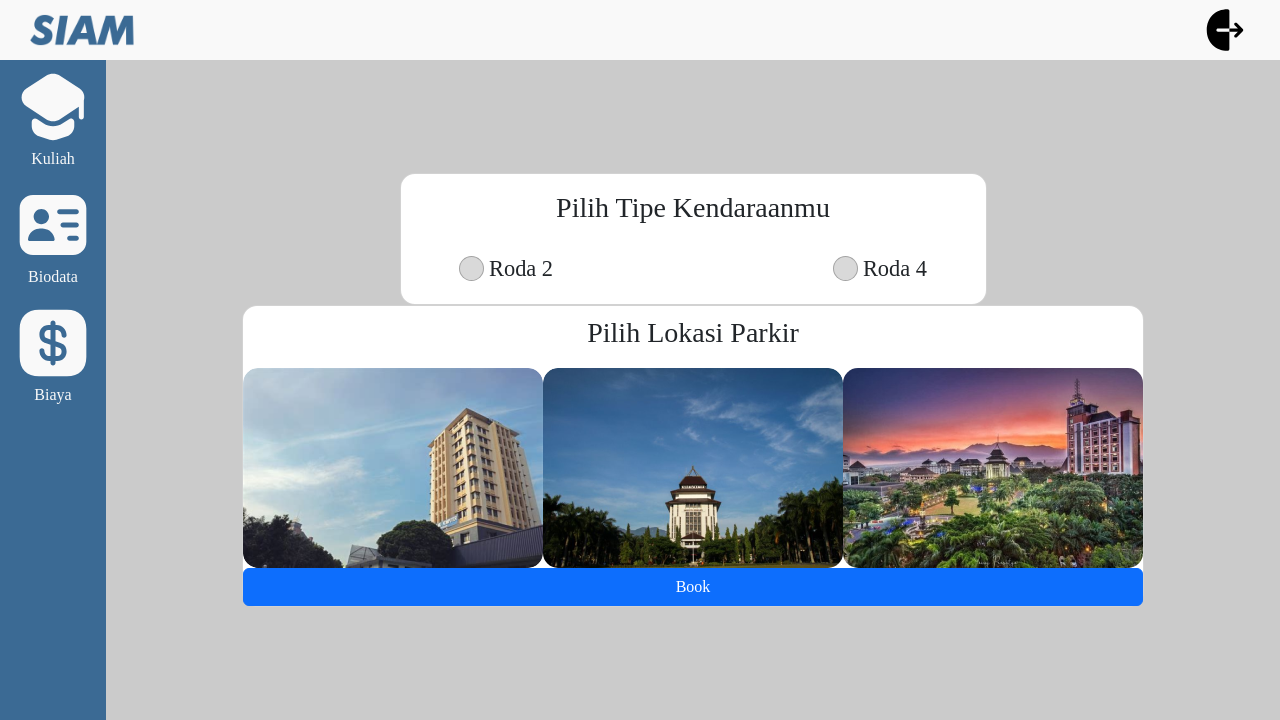
Repository: haikalirf/Project-IMK
Page: parkir.html
These files come from the project's save history. The page is drawn as it stood at one moment and after the next save; the edit follows.
The browser window is 1280 px wide. The pictures show the whole page.
Some web fonts or font styles are not loaded; a fallback is used.

Above is the page before, as saved 2022-12-12 23:31:53.

### parkir.html
<!DOCTYPE html>
<html lang="en">
<head>
	<meta charset="UTF-8">
	<meta http-equiv="X-UA-Compatible" content="IE=edge">
	<meta name="viewport" content="width=device-width, initial-scale=1.0">
	<title>SIAM</title>
	<link rel="icon" href="/assets/logo_ub.ico">
	<link rel="stylesheet" href="https://cdn.jsdelivr.net/npm/bootstrap@5.2.3/dist/css/bootstrap.min.css" integrity="sha384-rbsA2VBKQhggwzxH7pPCaAqO46MgnOM80zW1RWuH61DGLwZJEdK2Kadq2F9CUG65" crossorigin="anonymous">
	<link rel="stylesheet" href="/styles/parkir.css">
</head>
<body>
	<nav class="navbar" id="navbar">
		<a class="navbar-brand" href="/kuliah.html">
			<img id="navbar-image" src="/assets/SIAM.png" alt="SIAM">
		</a>
		<a class="navbar-link" href="landing.html">
			<img id="navbar-image" src="/assets/Logout.svg" alt="Logout">
		</a>
	</nav>
	<div class="mh-100" id="sidebar">
		<a class="btn" href="">
			<img id="sidebar-kuliah" src="/assets/Kuliah Logo.svg" alt="Kuliah">
			<label for="sidebar-kuliah">Kuliah</label>
		</a>
		<a class="btn" href="">
			<img id="sidebar-biodata" src="/assets/Biodata Logo.svg" alt="Biodata">
			<label for="sidebar-biodata">Biodata</label>
		</a>
		<a class="btn" href="">
			<img id="sidebar-biaya" src="/assets/Biaya Logo.svg" alt="Biaya">
			<label for="sidebar-biaya">Biaya</label>
		</a>
	</div>
	<main>
		<div class="card" id="cardTop">
			<h3 class="card-judul">Pilih Tipe Kendaraanmu</h3>
			<div class="d-flex justify-content-between" id="formRoda">
				<div class="form-check d-flex">
					<input class="form-check-input check-roda" type="radio" value="" name="radioRoda" id="checkRodaDua">
					<label class="form-check-label label-roda" for="checkRodaDua">
						Roda 2
					</label>
				</div>
				<div class="form-check d-flex">
					<input class="form-check-input check-roda" type="radio" value="" name="radioRoda" id="checkRodaEmpat">
					<label class="form-check-label label-roda" for="checkRodaEmpat">
						Roda 4
					</label>
				</div>
			</div>
		</div>
		<div class="card">
			<h3 class="card-judul">Pilih Lokasi Parkir</h3>
			<div class="d-flex align-content-around">
				<input class="gambar-parkir" type="image" src="/assets/filkom.png" onclick="border(this)">
				<input class="gambar-parkir" type="image" src="/assets/rektorat.png" onclick="border(this)">
				<input class="gambar-parkir" type="image" src="/assets/seluruh_ub.png" onclick="border(this)">
			</div>
			<button type="button" class="btn btn-primary">Book</button>
		</div>
	</main>
	<script src="https://cdn.jsdelivr.net/npm/bootstrap@5.2.3/dist/js/bootstrap.bundle.min.js" integrity="sha384-kenU1KFdBIe4zVF0s0G1M5b4hcpxyD9F7jL+jjXkk+Q2h455rYXK/7HAuoJl+0I4" crossorigin="anonymous"></script>
	<script src="/scripts/parkir.js"></script>
</body>
</html>

### styles/parkir.css
/* CSS Reset */
/*
	Josh's Custom CSS Reset
	https://www.joshwcomeau.com/css/custom-css-reset/
*/
*, *::before, *::after {
	box-sizing: border-box;
}
  * {
	margin: 0;
}
html, body {
	height: 100%;
}
body {
	line-height: 1.5;
	-webkit-font-smoothing: antialiased;
}
img, picture, video, canvas, svg {
	display: block;
	max-width: 100%;
}
input, button, textarea, select {
	font: inherit;
}
p, h1, h2, h3, h4, h5, h6 {
	overflow-wrap: break-word;
}
#root, #__next {
	isolation: isolate;
}
/* CSS Reset ends */

body {
	background-color: #cbcbcb;
	font-family: 'readex';
	font-size: 16px;
}

@font-face {
	font-family: 'readex';
	src:url('/assets/fonts/ReadexPro-Medium.ttf');
}

#navbar {
	display: flex;
	justify-content: space-between;
	position: fixed;
	background-color: #f9f9f9;
	z-index: 1;
	width: 100%;
	padding: 0px 30px;
}

#navbar-image {
	height: 50px;
}

main {
	padding-top: 60px;
	padding-left: 106px;
	display: flex;
	flex-direction: column;
	justify-content: center;
	align-items: center;
	height: 100vh;
}

#sidebar {
	background-color: #3b6a94;
	display: flex;
	flex-direction: column;
	flex: 1;
	position: fixed;
	height: 100vh;
	padding-top: 60px;
}

#sidebar img {
	width: 80px;
	height: 80px;
}

a img, a label {
	color: #f9f9f9;
}

.card {
	border-radius: 15px;
}

#cardTop {
	width: 50%;
	height: 20%;
	display: flex;
	justify-content: center;
}

.card-judul {
	align-self: center;
	padding: 10px 0px;
}

#formRoda {
	padding: 10px 10%;
}

.check-roda {
	width: 25px;
	height: 25px;
	background-color: #D9D9D9;
}

.label-roda {
	margin-left: 5px;
	font-size: 1.4em;
}

.gambar-parkir {
	box-sizing: content-box;
	border-radius: 15px;
}

### scripts/parkir.js
function border(image) {
	const allImage = document.querySelectorAll('.gambar-parkir');
	allImage.forEach(e => {
		e.style.outline = "";
	});
	image.style.outline = "8px solid #3B6A94";
}

function check(checkbox) {
	const allCheckbox = document.querySelectorAll('.check-roda');
	allCheckbox.forEach(e => {
		e.style.outline = "";
	});
	image.style.outline = "8px solid #3B6A94";
}

After the next save:
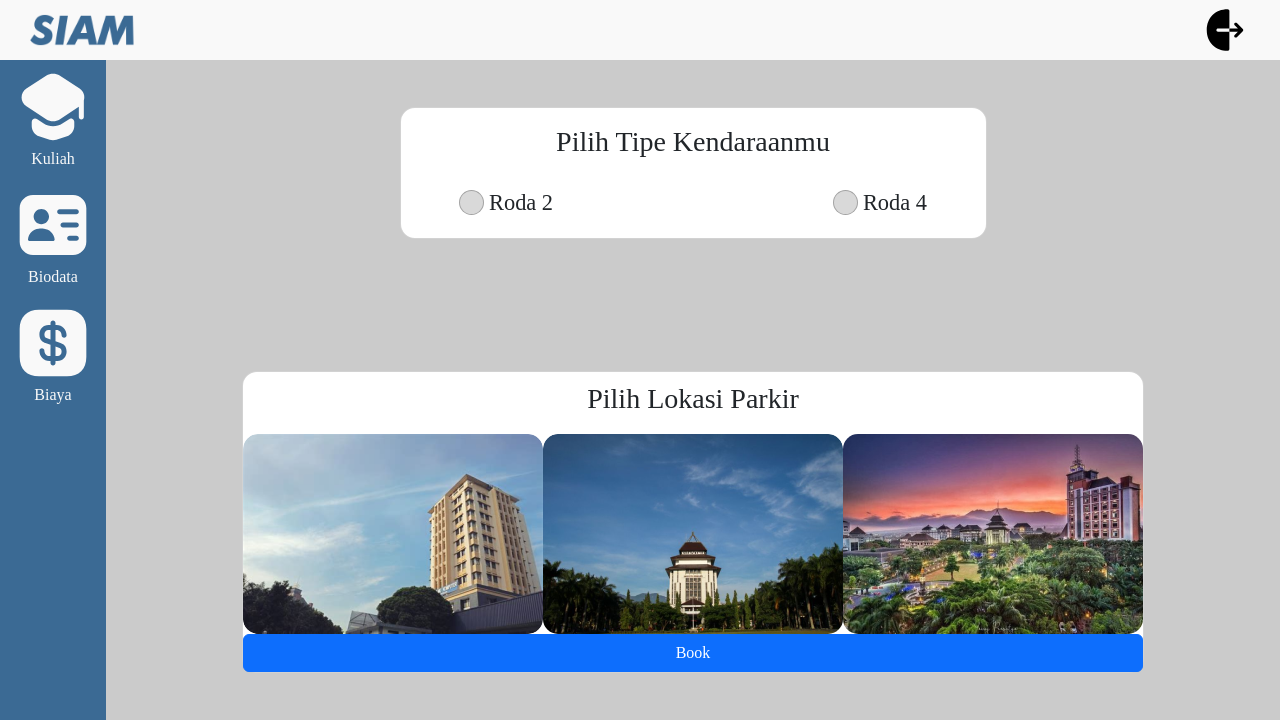
Saved 3 min 4 s later.
--- a/styles/parkir.css
+++ b/styles/parkir.css
@@ -64,6 +64,7 @@ main {
 	justify-content: center;
 	align-items: center;
 	height: 100vh;
+	gap: 20%;
 }
 
 #sidebar {
